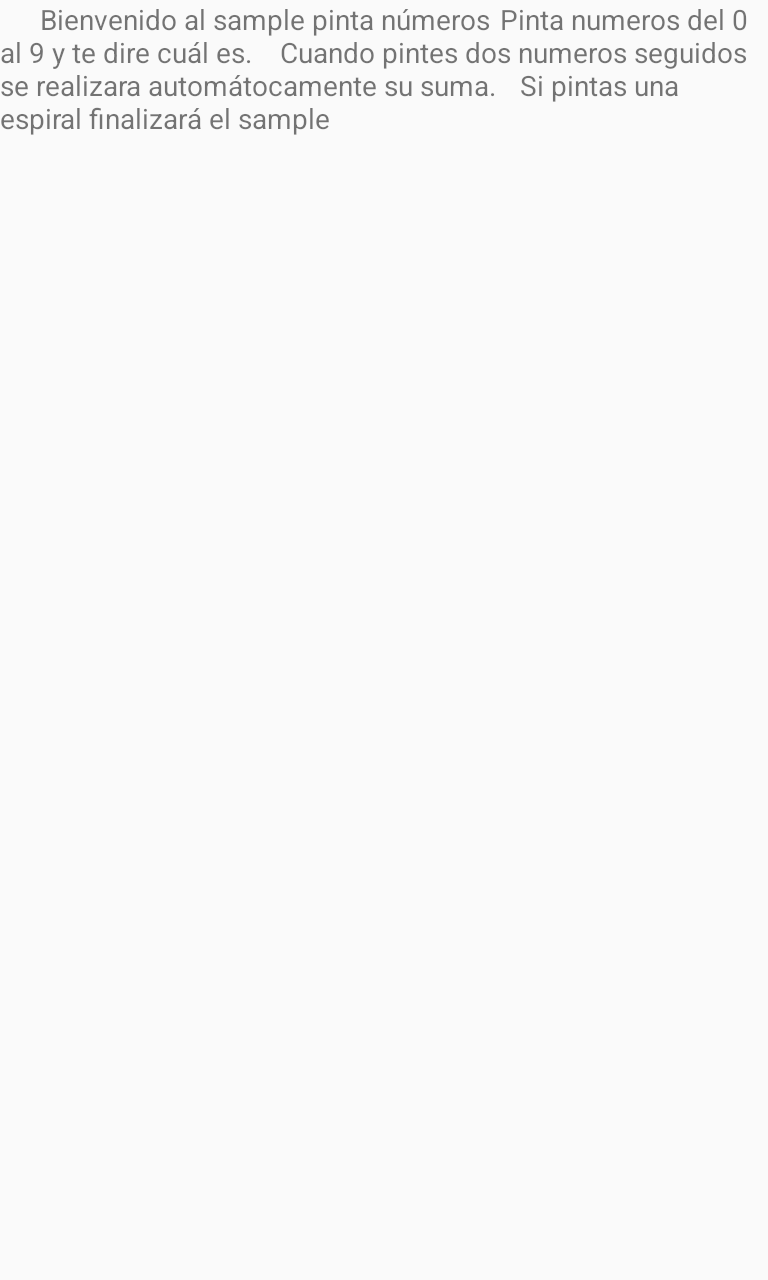
Repository: Jick9536/NPI-P3
Layout: Gesto2/res/layout/activity_main_activity2.xml
These files come from the project's save history. The layout is drawn as it stood at one moment and after the next save; the edit follows.
It is drawn on a 768 x 1280 px phone screen (xhdpi) without system bars, with theme AppTheme; the app's code is not run.

Above is the layout before, as saved 2015-01-03 19:04:27.

After the next save:
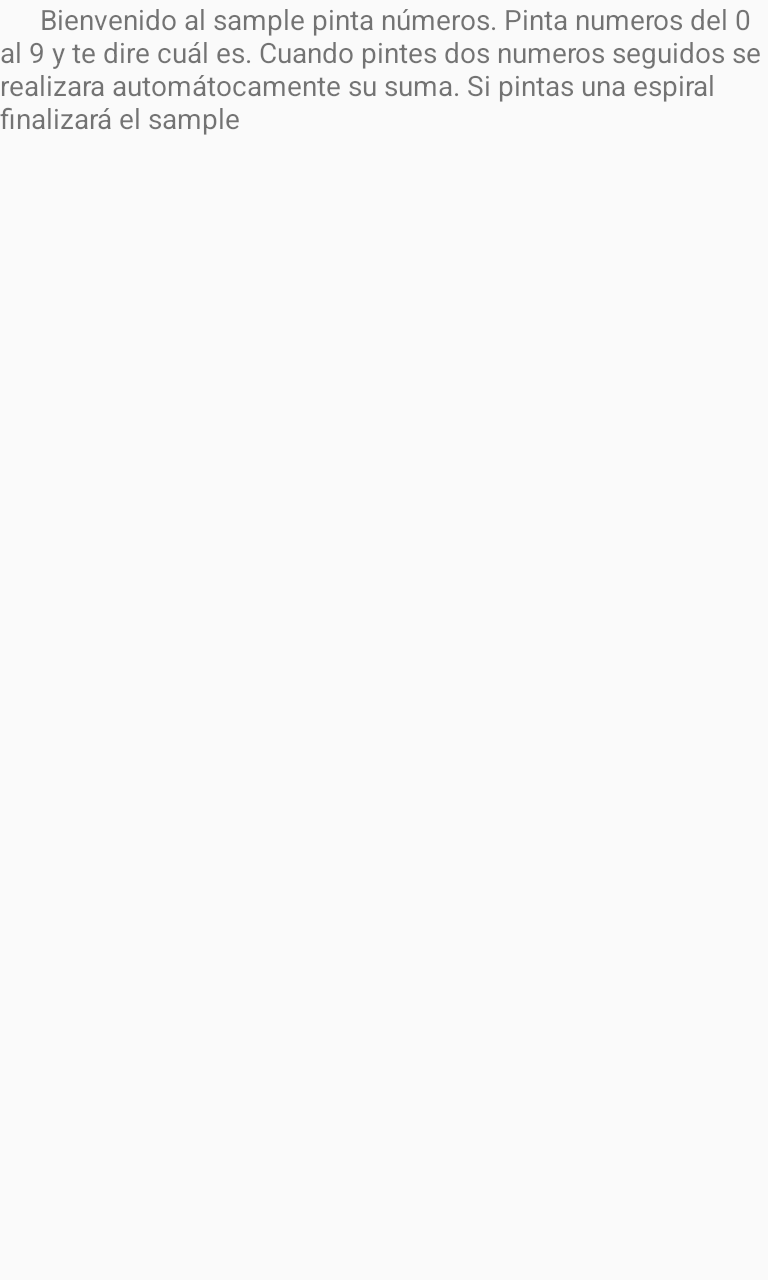
Saved 57 s later.
--- a/Gesto2/res/layout/activity_main_activity2.xml
+++ b/Gesto2/res/layout/activity_main_activity2.xml
@@ -9,10 +9,7 @@ android:layout_height="match_parent"
 android:layout_width="match_parent"
 android:layout_height="match_parent"
 android:text="
-	Bienvenido al sample pinta números
-	Pinta numeros del 0 al 9 y te dire cuál es.
-	Cuando pintes dos numeros seguidos se realizara automátocamente su suma.
-	Si pintas una espiral finalizará el sample" />
+	Bienvenido al sample pinta números. Pinta numeros del 0 al 9 y te dire cuál es. Cuando pintes dos numeros seguidos se realizara automátocamente su suma. Si pintas una espiral finalizará el sample" />
 
 <android.gesture.GestureOverlayView
 android:id="@+id/gestures"
